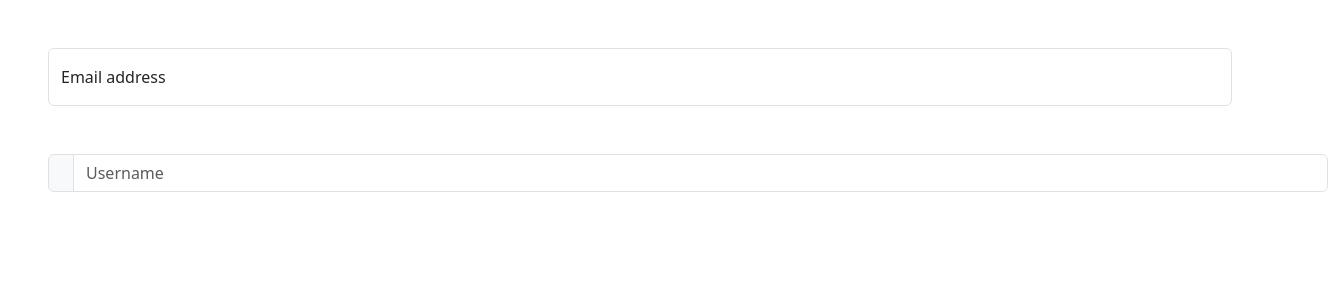
Repository: Riyakashiwala/practical
Page: riya 6th sem/form.html
The author's editor kept a copy of each file at every save. The page is drawn from the files as they stood at one save, then again after the next save.
The browser window is 1280 px wide. The page is 1328 px wide, so the pictures cover 1328 px, including what lies to the right of the window. The pictures show the whole page.

Above is the page before, as saved 2024-12-12 06:06:37.

### riya 6th sem/form.html
<!DOCTYPE html>
<html lang="en">
<head>
    <meta charset="UTF-8">
    <meta name="viewport" content="width=device-width, initial-scale=1.0">
    <title>Document</title>
    <link href="https://cdn.jsdelivr.net/npm/bootstrap@5.3.3/dist/css/bootstrap.min.css" rel="stylesheet" integrity="sha384-QWTKZyjpPEjISv5WaRU9OFeRpok6YctnYmDr5pNlyT2bRjXh0JMhjY6hW+ALEwIH" crossorigin="anonymous">
    <link rel="stylesheet" href="https://cdnjs.cloudflare.com/ajax/libs/font-awesome/6.7.1/css/all.min.css">
</head>
<body>
    <div class="form-floating mb-3 m-5">
        <input type="email" class="form-control" id="floatingInput" placeholder="name@example.com">
        <label for="floatingInput">Email address</label>
    </div>

    <div class="input-group mb-3 m-5">
        <span class="input-group-text" id="basic-addon1"></span>
        <input type="text" class="form-control" placeholder="Username" aria-label="Username" aria-describedby="basic-addon1">
    </div>
    <script src="https://cdn.jsdelivr.net/npm/bootstrap@5.3.3/dist/js/bootstrap.bundle.min.js" integrity="sha384-YvpcrYf0tY3lHB60NNkmXc5s9fDVZLESaAA55NDzOxhy9GkcIdslK1eN7N6jIeHz" crossorigin="anonymous"></script>
</body>
</html>

After the next save:
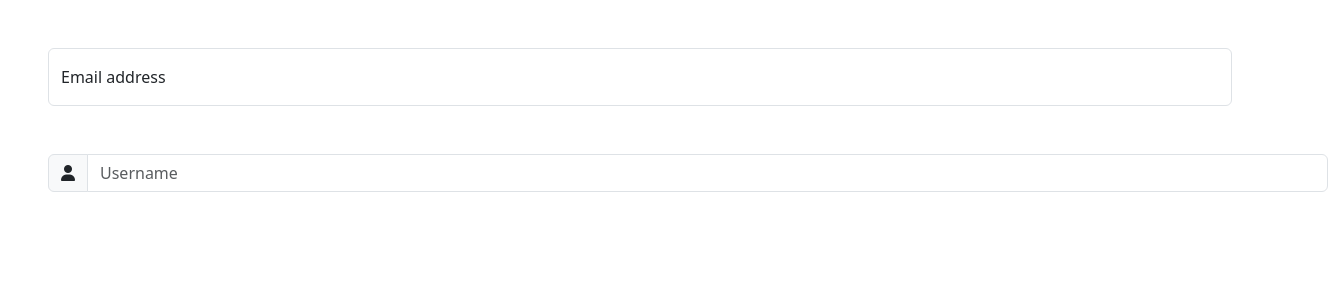
Saved 16 s later.
--- a/riya 6th sem/form.html
+++ b/riya 6th sem/form.html
@@ -14,7 +14,8 @@
     </div>
 
     <div class="input-group mb-3 m-5">
-        <span class="input-group-text" id="basic-addon1"></span>
+        <span class="input-group-text" id="basic-addon1"><i class="fa fa-user" aria-hidden="true"></i>
+        </span>
         <input type="text" class="form-control" placeholder="Username" aria-label="Username" aria-describedby="basic-addon1">
     </div>
     <script src="https://cdn.jsdelivr.net/npm/bootstrap@5.3.3/dist/js/bootstrap.bundle.min.js" integrity="sha384-YvpcrYf0tY3lHB60NNkmXc5s9fDVZLESaAA55NDzOxhy9GkcIdslK1eN7N6jIeHz" crossorigin="anonymous"></script>
